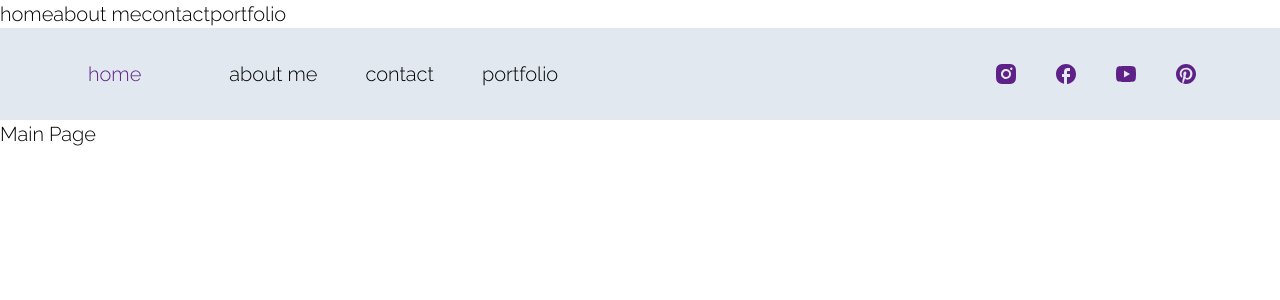
Repository: hubertrh/klaudia-personal-next
Page: /
The author's editor kept a copy of each file at every save. The page is drawn from the files as they stood at one save, then again after the next save.
The browser window is 1280 px wide. The pictures show the whole page.
The project was rebuilt for these pictures with package versions that can differ from the ones it lists, and the page was loaded fresh each time. The framework's server and built-in components were replaced by stand-ins that run in the browser. Also part of the build but not shown: next.config.js.

Above is the page before, as saved 2023-08-11 18:06:02.

### app/layout.tsx
import './globals.css';
import type { Metadata } from 'next';
import { Inter } from 'next/font/google';
import Link from 'next/link';

const inter = Inter({ subsets: ['latin'] });

export const metadata: Metadata = {
  title: 'Klaudia Rogala-Haracz',
  description: 'Portrait and reportage photography. Based in London.',
};

export default function RootLayout({
  children,
}: {
  children: React.ReactNode;
}) {
  return (
    <html lang="en">
      <body className={inter.className}>
        <header>
          <nav>
            <Link href="#!">home</Link>
            <Link href="#!">about me</Link>
            <Link href="#!">contact</Link>
            <Link href="#!">portfolio</Link>
          </nav>
          <div></div>
        </header>
        {children}
      </body>
    </html>
  );
}

### app/(site)/layout.tsx
import '../globals.css';
import type { Metadata } from 'next';
import { Raleway } from 'next/font/google';
import Image from 'next/image';
import Link from 'next/link';
import igIcon from '@/public/icons/ig-icon.svg';
import fbIcon from '@/public/icons/fb-icon.svg';
import ytIcon from '@/public/icons/yt-icon.svg';
import pinIcon from '@/public/icons/pin-icon.svg';

const raleway = Raleway({ weight: '300', subsets: ['latin'] });

export const metadata: Metadata = {
  title: 'Klaudia Rogala-Haracz',
  description: 'Portrait and reportage photography. Based in London.',
};

export default function RootLayout({
  children,
}: {
  children: React.ReactNode;
}) {
  return (
    <html lang="en">
      <body className={`${raleway.className} text-xl`}>
        <header className="flex justify-between bg-slate-200 px-16 py-8">
          <nav className="nav">
            <Link className="!ml-0 !mr-10 text-primary" href="/">
              home
            </Link>
            <Link href="#!">about me</Link>
            <Link href="#!">contact</Link>
            <Link href="/portfolio">portfolio</Link>
          </nav>
          <div className="social-icons flex items-center">
            <Link href="https://www.instagram.com/_klaudiarogala/">
              <Image src={igIcon} alt="Instagram icon" />
            </Link>
            <Link href="https://www.facebook.com/klaudiarogalaphotographer/">
              <Image src={fbIcon} alt="Facebook icon" />
            </Link>
            <Link href="https://www.youtube.com/channel/UCyVfMWp16X_wYCG9213YOQw/">
              <Image src={ytIcon} alt="YouTube icon" />
            </Link>
            <Link href="https://www.pinterest.com/zuzannnnaa/">
              <Image src={pinIcon} alt="Pinterest icon" />
            </Link>
            {/* <a class="lang-btn" href="/pl/index.html"><img src="/icons/flag-pl.svg" /></a> */}
          </div>
        </header>
        {children}
      </body>
    </html>
  );
}

### app/(site)/page.tsx
export default function Home() {
  return <div>Main Page</div>;
}

### app/globals.css
@tailwind base;
@tailwind components;
@tailwind utilities;

:root {
  --foreground-rgb: 0, 0, 0;
  --background-rgb: 255, 255, 255;
}

body {
  color: rgb(var(--foreground-rgb));
  background: rgb(var(--background-end-rgb));
}

.nav > * {
  @apply relative px-6 py-6 transition-all duration-300 before:absolute before:bottom-4 before:left-1/2 before:h-[1.5px] before:w-0 before:-translate-x-1/2 before:bg-primary before:transition-all before:duration-300 before:ease-out before:content-[''] hover:text-primary hover:before:w-full;
}

.social-icons > * {
  @apply px-5;
}

### tailwind.config.js
/** @type {import('tailwindcss').Config} */
module.exports = {
  content: [
    './pages/**/*.{js,ts,jsx,tsx,mdx}',
    './components/**/*.{js,ts,jsx,tsx,mdx}',
    './app/**/*.{js,ts,jsx,tsx,mdx}',
  ],
  theme: {
    extend: {
      colors: {
        primary: '#5D2187',
      },
      backgroundImage: {
        'gradient-radial': 'radial-gradient(var(--tw-gradient-stops))',
        'gradient-conic':
          'conic-gradient(from 180deg at 50% 50%, var(--tw-gradient-stops))',
      },
    },
  },
  plugins: [],
};

After the next save:
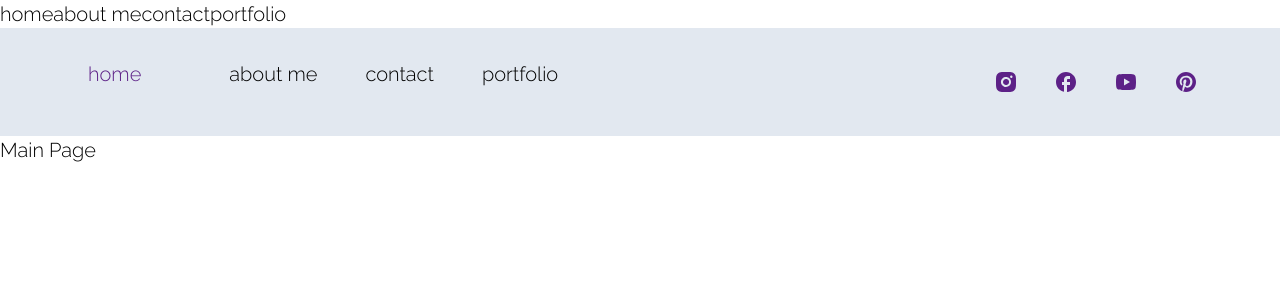
Saved 51 s later.
--- a/app/globals.css
+++ b/app/globals.css
@@ -17,5 +17,5 @@ body {
 }
 
 .social-icons > * {
-  @apply px-5;
+  @apply px-5 py-3;
 }
